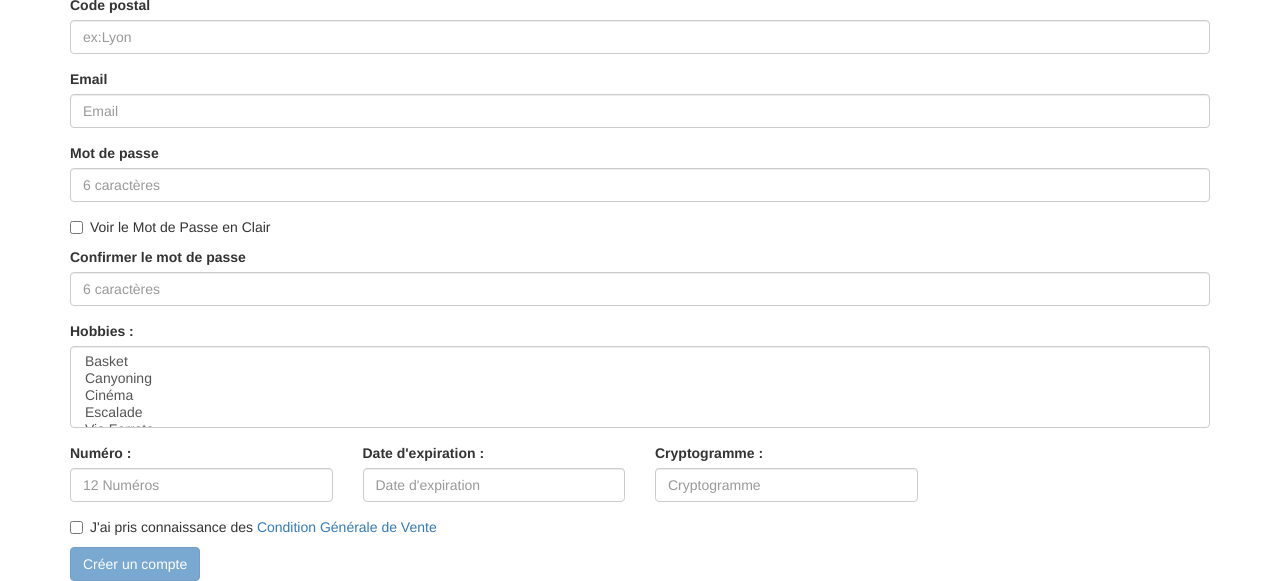
Repository: Symfomany/WildJQueryForm
Page: index.html
These files come from the project's save history. The page is drawn as it stood at one moment and after the next save; the edit follows.
The browser window is 1280 px wide. The pictures show the part of the page from y = 1113 to 1694 px (the page is 1694 px tall).
A picture or video elsewhere on the page could not be fetched, so the positions and the page height are approximate.

Above is the page before, as saved 2017-03-06 07:17:47.

### index.html
<!DOCTYPE html>
<html lang="en">

<head>
    <title></title>
    <meta charset="UTF-8">
    <meta name="viewport" content="width=device-width, initial-scale=1">
    <!-- Latest compiled and minified CSS & JS -->
    <link rel="stylesheet" media="screen" href="http://netdna.bootstrapcdn.com/bootstrap/3.3.4/css/bootstrap.min.css">

</head>

<body>

    <div class="container">

        <h3>JS Partie 2: JQuery & ES6</h3>
        <hr />


        <form action="" method="POST" role="form">
            <legend>Créer son compte</legend>

            <div class="radio">
                <label>
                    <input type="radio" name="sexe" id="homme" value="homme">
                    Homme
                </label>
                <label>
                    <input type="radio" name="sexe" id="femme" value="femme" >
                    Femme
                </label>
            </div>


            <div class="form-group">
                <label for="">Nom</label>
                <input type="text" class="form-control" id="nom" placeholder="Nom">
            </div>

            <div class="form-group">
                <label for="">Prénom</label>
                <input type="text" class="form-control" id="prenom" placeholder="Prenom">
            </div>

            <div class="form-group">
                <label for="">Age</label>
                <input type="text" class="form-control" id="age" placeholder="Age">
            </div>

            <div class="form-group">
                <label for="">Situation Sociale</label>
                <input type="radio" name="name" value="etudiant" class="etudiant">
                <label for="">Etudiant</label>

                <input type="radio" name="name" value="patron" class="patron">
                <label for="">Patron</label>

                <input type="radio" name="name" value="independant" class="independant">
                <label for="">independant</label>

                <input type="radio" name="name" value="travailleur" class="travailleur">
                <label for="">Travailleur</label>

                <input type="radio" name="name" value="autre" class="autre">
                <label for="">Autre</label>

                <input type="text" name="otherSituation" style="display:none" class="form-control" id="otherSituation">

</div>

<div class="form-group">
    <label for="">Ville</label>
    <input type="text" class="form-control" id="ville" placeholder="ex:Lyon">
</div>

<div class="form-group">
    <label for="region">Région :</label><br />
    <select class="form-control" id="region" name="region">
          <option value="default" selected>Choisissez une région</option>
          <option value="auvergne">Auvergne-Rhône-Alpes</option>
          <option value="bourgogne">Bourgogne-Franche-Comte</option>
          <option value="bretagne">Bretagne</option>
          <option value="centre">Centre-Val de Loire</option>
          <option value="corse">Corse</option>
          <option value="grand-est">Grand-Est</option>
          <option value="guadeloupe">Guadeloupe</option>
          <option value="guyane">Guyane</option>
          <option value="hauts-de-france">Hauts-de-France</option>
          <option value="ile-de-france">Île-de-France</option>
          <option value="martinique">Martinique</option>
          <option value="mayotte">Mayotte</option>
          <option value="normandie">Normandie</option>
          <option value="aquitaine">Nouvelle-Aquitaine</option>
          <option value="occitanie">Occitanie</option>
          <option value="loire">Pays de la Loire</option>
          <option value="provence">Provence-Alpes-Côte d'Azur</option>
          <option value="reunion">Réunion</option>
        </select>
</div>

<div class="form-group">
    <button class="btn btn-xs btn-success">+</button>
    <button class="btn btn-xs btn-danger">-</button>
    <label for="">Biographie</label>
    <textarea class="form-control" id="biography" placeholder="ex:Blabla..."></textarea>
    <span id="nbCars">0</span> caractères
</div>

<div class="progress">
    <div class="progress-bar" role="progressbar" aria-valuenow="60" aria-valuemin="0" aria-valuemax="100" style="width: 60%;">
<span class="sr-only">60% Complete</span>
</div>
</div>


<div class="form-group">
    <label for="">Avatar</label>
    <input type="url" class="form-control" id="avatar" placeholder="ex: http://www.facebook.com/monImage.jpg">
    <img src="http://lh5.ggpht.com/-cnS_l9G3Ujw/U9WbCIprN3I/AAAAAAABKJU/yMLKfWUZBXk/avatar-caritas-animadas-gifs-008%25255B6%25255D.gif?imgmax=800"
        alt="">
</div>

<div class="form-group">
    <label for="">Code postal</label>
    <input type="text" class="form-control" id="cp" placeholder="ex:Lyon">
</div>

<div class="form-group">
    <label for="">Email</label>
    <input type="email" class="form-control" id="email" placeholder="Email">
</div>

<div class="form-group">
    <label for="">Mot de passe</label>
    <input type="password" class="form-control" id="password" placeholder="6 caractères">
</div>

<div class="checkbox">
    <label>
                    <input type="checkbox"> Voir le Mot de Passe en Clair
                </label>
</div>

<div class="form-group">
    <label for="">Confirmer le mot de passe</label>
    <input type="password" class="form-control" id="password" placeholder="6 caractères">
</div>

<div class="form-group">
    <label class="control-label" for="hobbies">Hobbies :</label><br />
    <select class="form-control" id="hobbies" name="hobbies[]" multiple>
          <option value="basket">Basket</option>
          <option value="canyoning">Canyoning</option>
          <option value="cinema">Cinéma</option>
          <option value="escalade">Escalade</option>
          <option value="ferrata">Via Ferrata</option>
          <option value="football">Football</option>
          <option value="handball">Handball</option>
          <option value="natation">Natation</option>
          <option value="parapente">Parapente</option>
          <option value="parachute">Saut en parachute</option>
          <option value="plongee">Plongée</option>
          <option value="series">Séries TV</option>
          <option value="ski">Ski</option>
          <option value="tir">Tir à l'arc</option>
        </select>
</div>


<div class="form-group">
    <div class="row">
        <div class="col-md-3">
            <label for="cbNumber">Numéro :</label><input type="text" name="cbNumber" class="form-control" id="cbNumber" placeholder="12 Numéros"
            />
        </div>
        <div class="col-md-3">
            <label for="cbExpiration">Date d'expiration :</label><input type="text" name="cbExpiration" class="form-control"
                id="cbExpiration" placeholder="Date d'expiration" />
        </div>
        <div class="col-md-3">
            <label for="cbCryptogramme">Cryptogramme :</label><input type="text" name="cbCryptogramme" class="form-control"
                id="cbCryptogramme" placeholder="Cryptogramme" />
        </div>

    </div>
</div>

<div class="checkbox">
    <label>
                    <input type="checkbox"> J'ai pris connaissance des <a>Condition Générale de Vente</a>
                </label>
</div>


<button disabled type="submit" class="btn btn-primary">Créer un compte</button>
</form>


</div>

<script src="http://code.jquery.com/jquery.js"></script>
<script src="http://netdna.bootstrapcdn.com/bootstrap/3.3.4/js/bootstrap.min.js"></script>

</body>

</html>

After the next save:
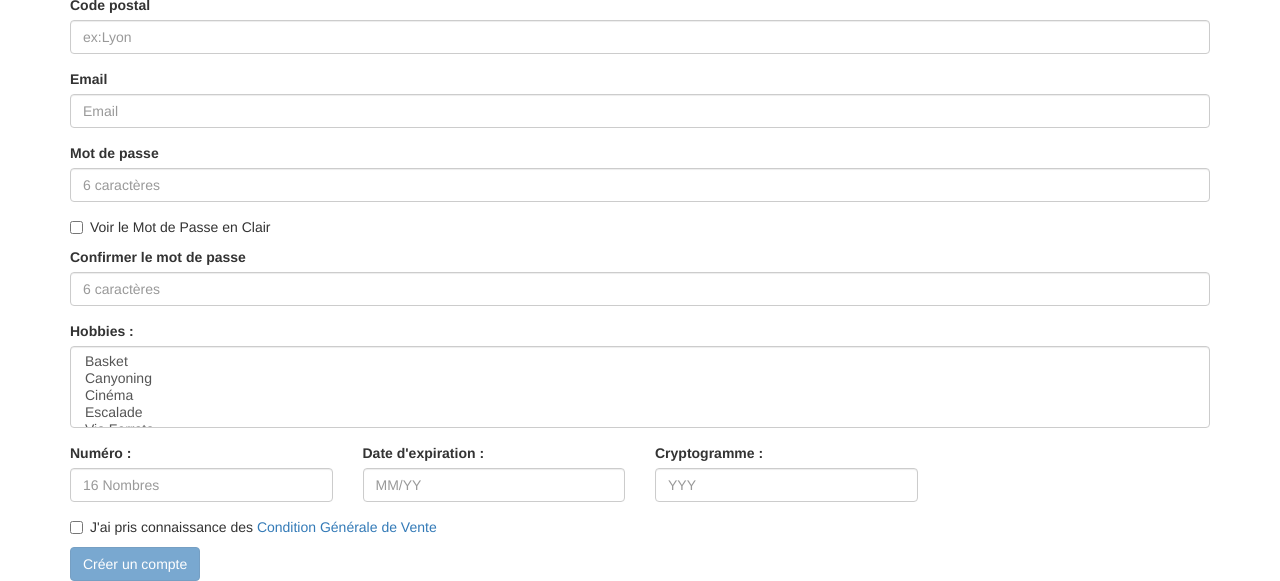
Saved 22 s later.
--- a/index.html
+++ b/index.html
@@ -171,16 +171,16 @@
 <div class="form-group">
     <div class="row">
         <div class="col-md-3">
-            <label for="cbNumber">Numéro :</label><input type="text" name="cbNumber" class="form-control" id="cbNumber" placeholder="12 Numéros"
+            <label for="cbNumber">Numéro :</label><input type="text" name="cbNumber" class="form-control" id="cbNumber" placeholder="16 Nombres"
             />
         </div>
         <div class="col-md-3">
             <label for="cbExpiration">Date d'expiration :</label><input type="text" name="cbExpiration" class="form-control"
-                id="cbExpiration" placeholder="Date d'expiration" />
+                id="cbExpiration" placeholder="MM/YY" />
         </div>
         <div class="col-md-3">
             <label for="cbCryptogramme">Cryptogramme :</label><input type="text" name="cbCryptogramme" class="form-control"
-                id="cbCryptogramme" placeholder="Cryptogramme" />
+                id="cbCryptogramme" placeholder="YYY" />
         </div>
 
     </div>
